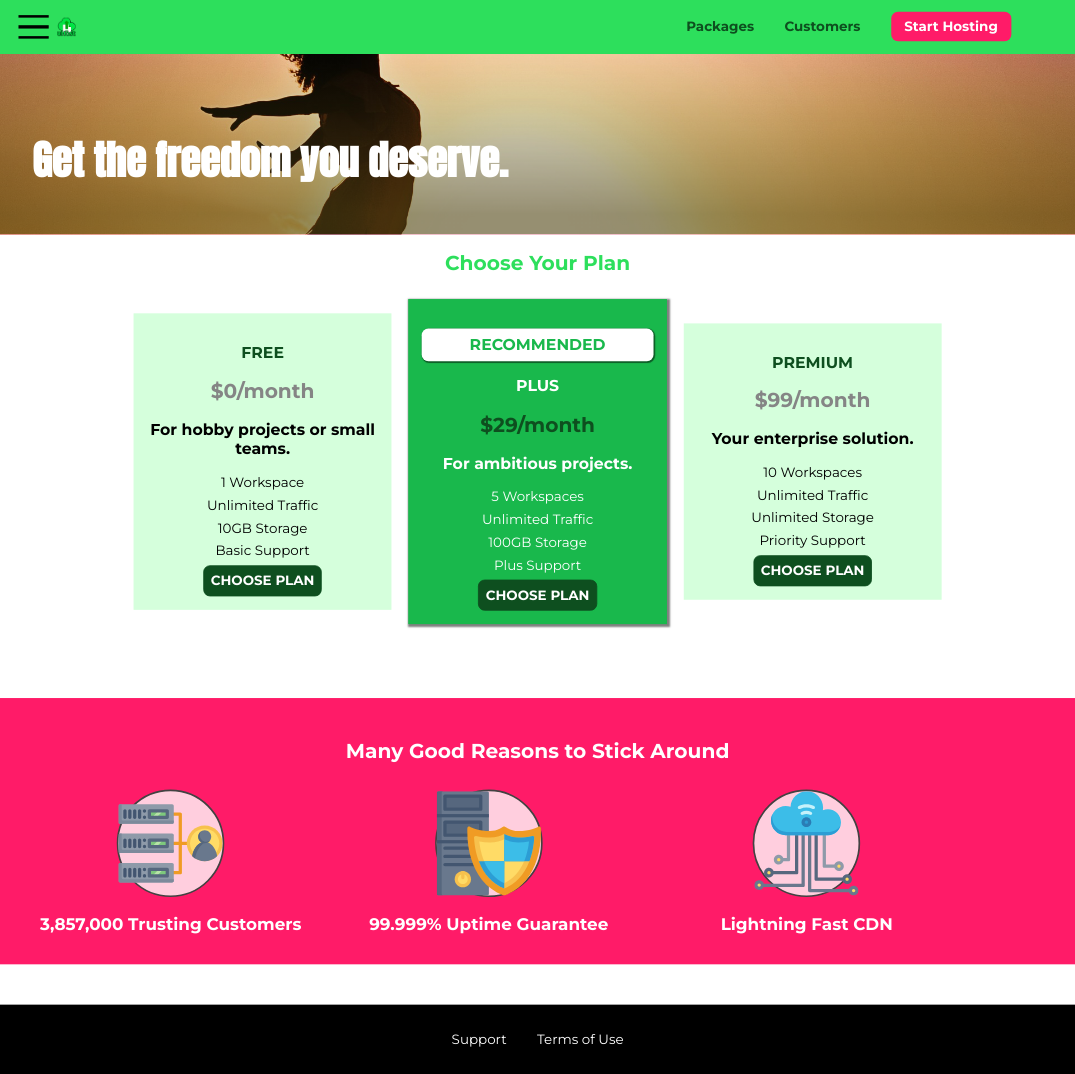
Repository: luacooli/css-course
Page: my_project/index.html
These files come from the project's save history. The page is drawn as it stood at one moment and after the next save; the edit follows.
The browser window is 1280 px wide. The pictures show the whole page, at 84% of full size.

Above is the page before, as saved 2020-09-15 06:58:44.

After the next save:
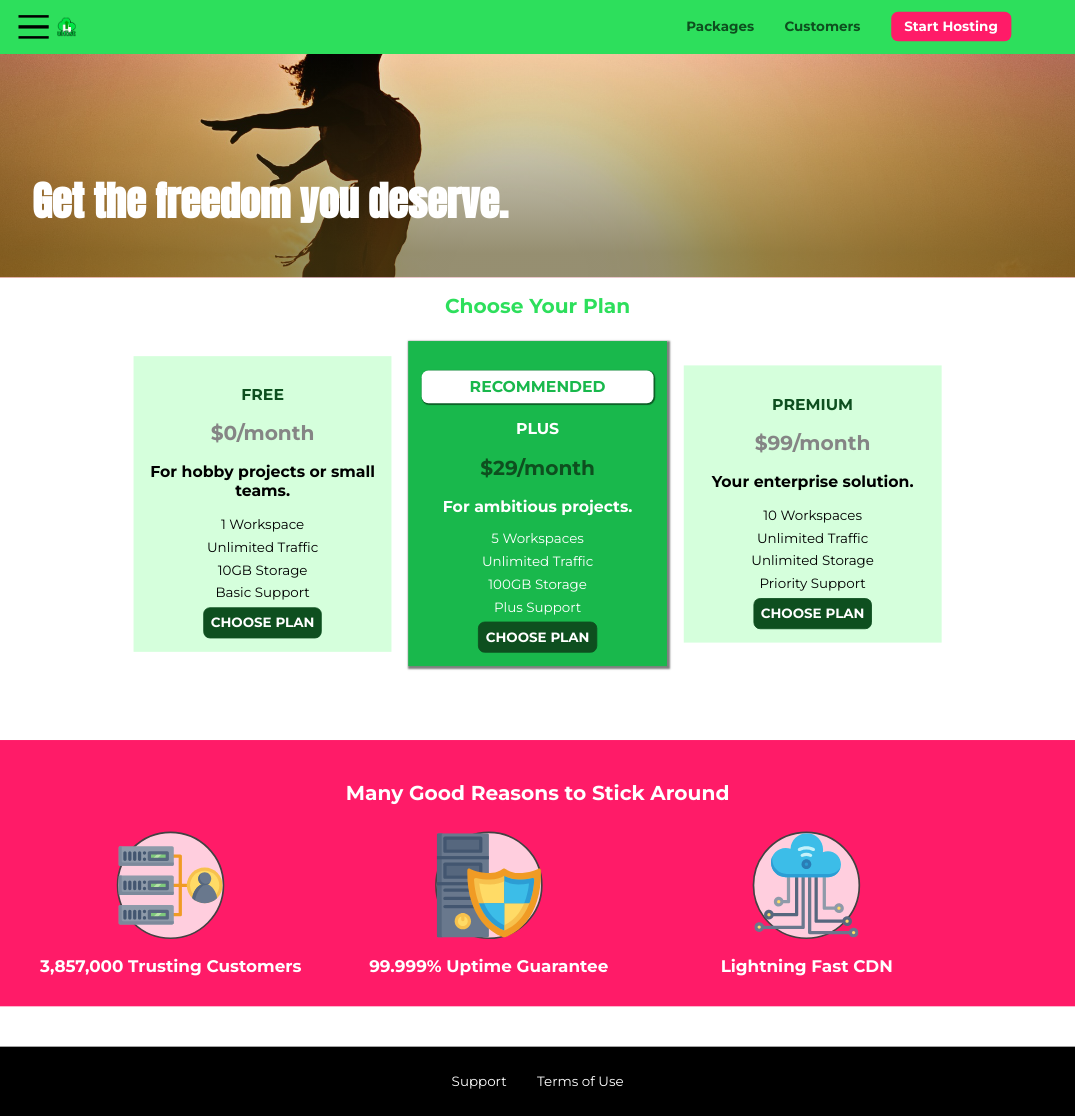
Saved 13 min 31 s later.
--- a/my_project/main.css
+++ b/my_project/main.css
@@ -27,6 +27,10 @@
 }
 
 @media (min-width: 40rem) {
+  #product-overview {
+    height: 40vh;
+  }
+
   #product-overview h1 {
     font-size: 3rem;
   }
